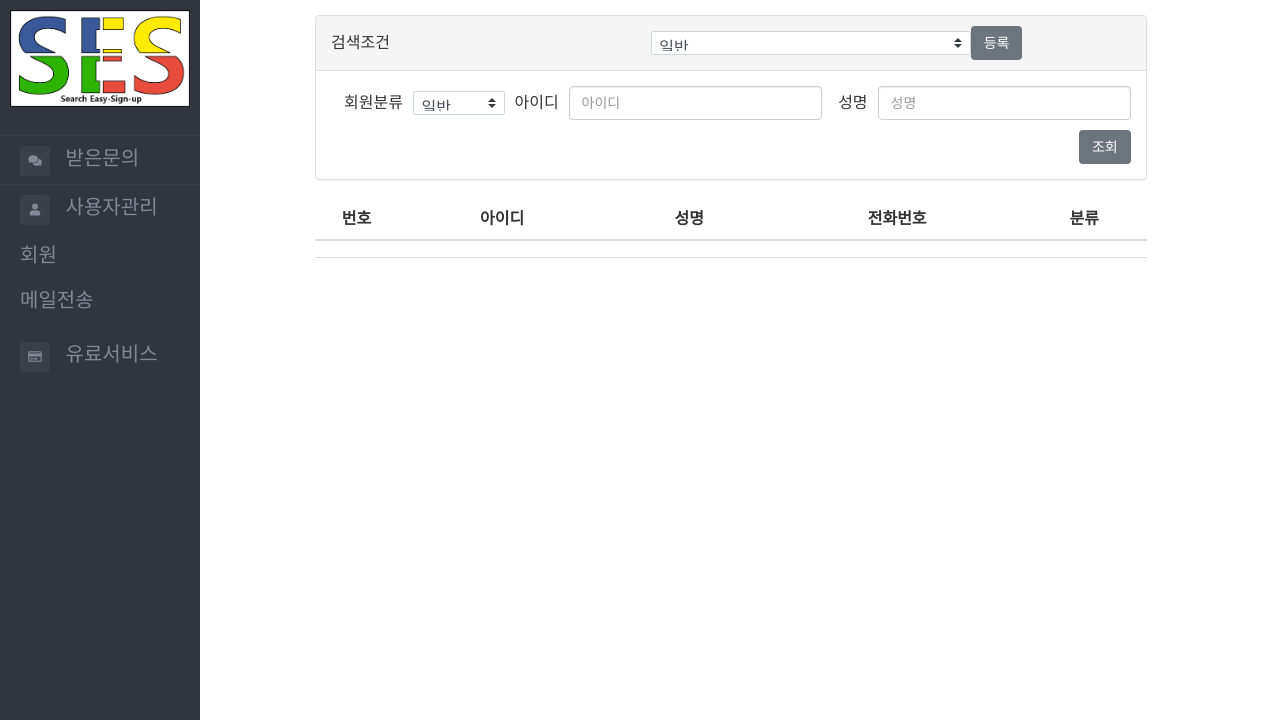
Repository: hyun5292/school
Page: http://localhost/adminSES/WEB-INF/views/member/m_search.jsp
An editor plug-in stored every save of this project. The page is shown before and after the next save, followed by the edit.
The browser window is 1280 px wide. The pictures show the whole page.
Some web libraries are served in a nearby version. The page is served by Tomcat 9. Nobody is signed in. The template is opened directly, without the code that normally fills it, so the values that code supplies are empty.

Above is the page before, as saved 2020-11-09 08:06:33.

After the next save:
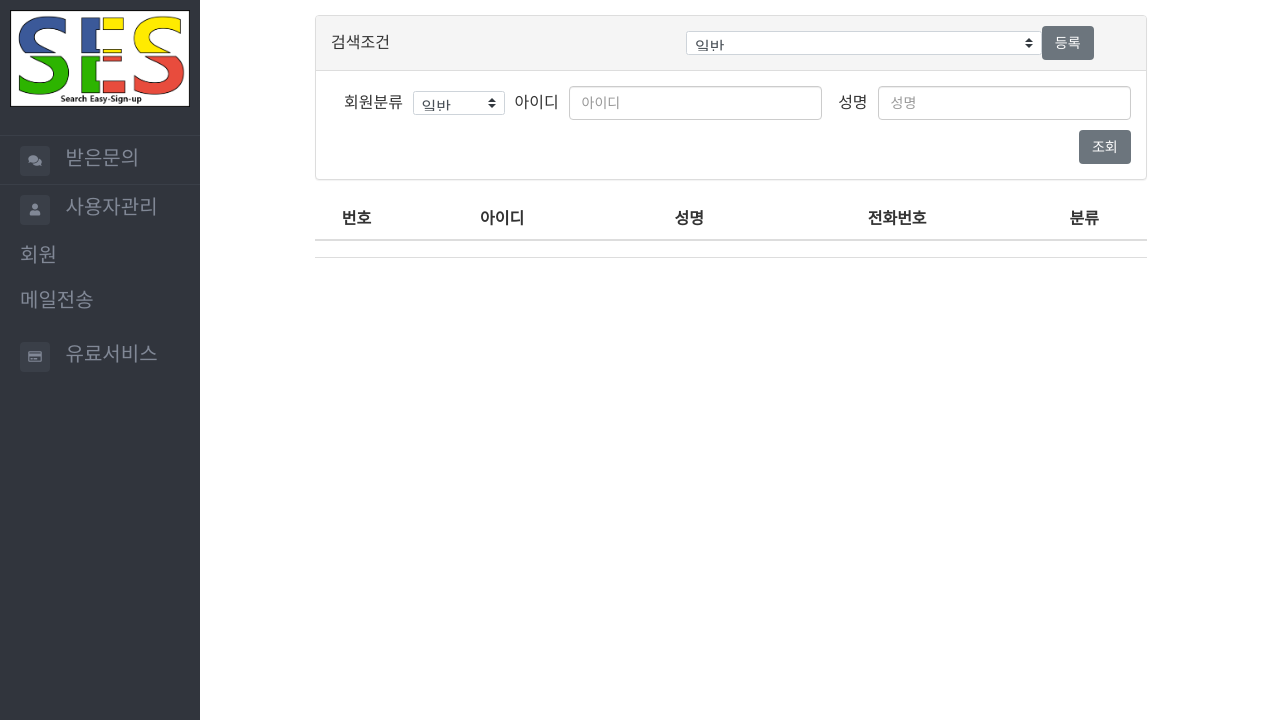
Saved 9 s later.
--- a/sesAdmin/adminSES/src/main/webapp/WEB-INF/views/member/m_search.jsp
+++ b/sesAdmin/adminSES/src/main/webapp/WEB-INF/views/member/m_search.jsp
@@ -95,7 +95,7 @@ table {
 											<option>직원</option>
 											<option>SNS사</option>
 									</select></td>
-									<td width="20%"><button type="button" class="btn btn-secondary">등록</button></td>
+									<td width="10%"><button type="button" class="btn btn-secondary">등록</button></td>
 								</tr>
 							</table>
 						</div>
